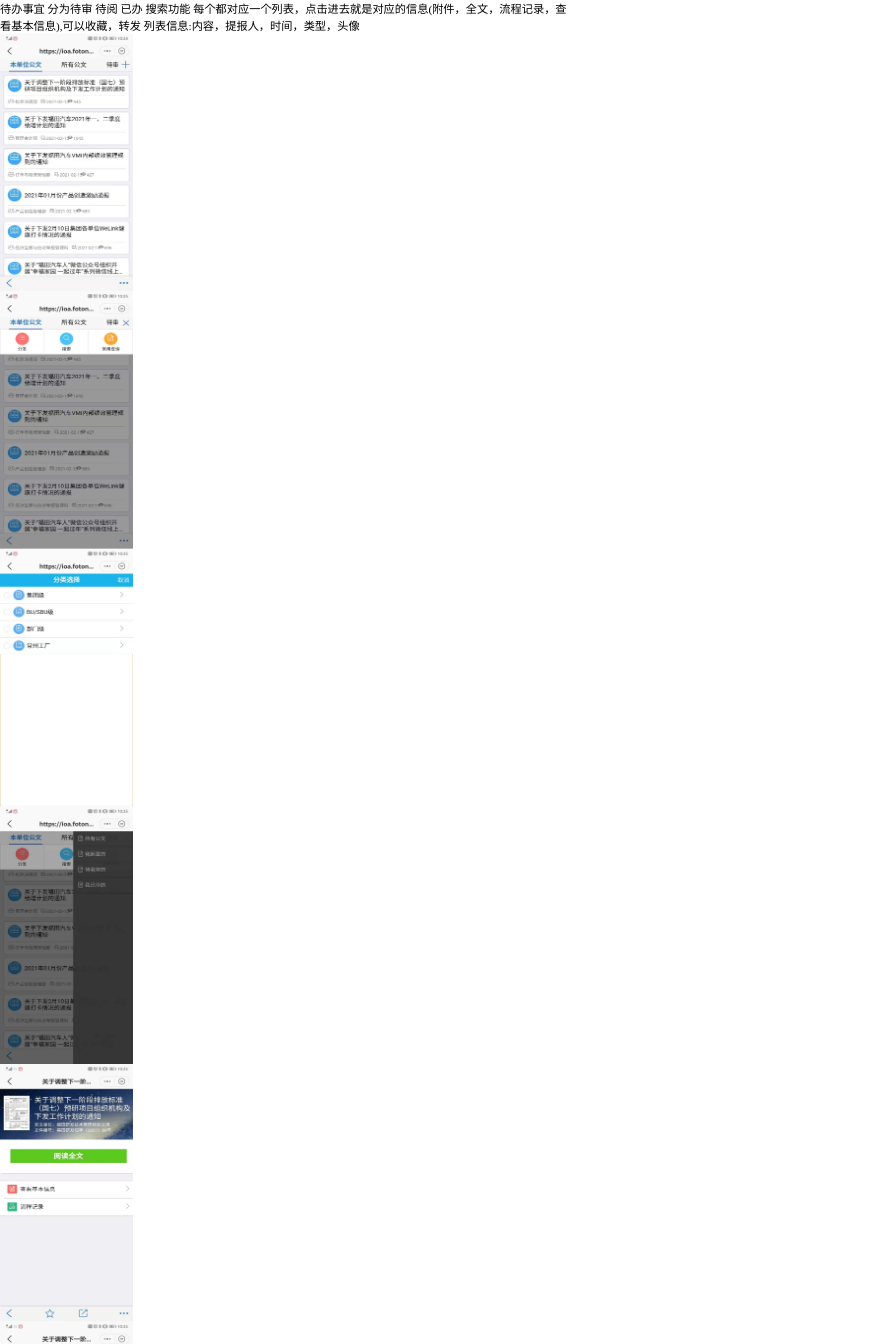
Repository: ch230/2021
Page: A.html
The author's editor kept a copy of each file at every save. The page is drawn from the files as they stood at one save, then again after the next save.
The browser window is 1280 px wide. The pictures show the part of the page from y = 0 to 1920 px (the page is 11772 px tall before and 11796 px after), at 70% of full size.

Above is the page before, as saved 2021-02-15 14:41:39.

### A.html
<!DOCTYPE html>
<html lang="en">
  <head>
    <meta charset="UTF-8" />
    <meta name="viewport" content="width=device-width, initial-scale=1.0" />
    <title>Document</title>
    <style>
      * {
        padding: 0;
        margin: 0;
        list-style: none;
      }
      body,
      html,
      #app {
        height: 100%;
        width: 100%;
      }
      #items {
        height: auto;
        width: 80%;
      }
      #items div {
        width: 80%;
      }
      #items ul {
      }
      #items ul li {
        height: 368px;
        width: 190px;
      }
      #items ul li img {
        display: inline-block;
        width: 100%;
        height: 100%;
      }
    </style>
  </head>
  <body>
    <div id="app">
      <!-- 待办事宜 -->
      <div id="items">
        <div>
          待办事宜 分为待审 待阅 已办 搜索功能
          每个都对应一个列表，点击进去就是对应的信息(附件，全文，流程记录，查看基本信息),可以收藏，转发
          列表信息:内容，提报人，时间，类型，头像
        </div>
        <ul>
          <li>
            <img src="./img/1.jpg" alt="" />
          </li>
          <li>
            <img src="./img/2.jpg" alt="" />
          </li>
          <li>
            <img src="./img/3.jpg" alt="" />
          </li>
          <li>
            <img src="./img/4.jpg" alt="" />
          </li>
          <li>
            <img src="./img/5.jpg" alt="" />
          </li>
          <li>
            <img src="./img/6.jpg" alt="" />
          </li>
        </ul>
      </div>
      <!-- 公文 -->
      <div id="items">
        <div>
          公文 本单位公文，所有公文，待审公文，分类，搜索，常用查询
          常用查询:所有公文，我起草的，待我审的，我已审的
          分类:按照部门分类（集团级，BU/SBU级，部门级，常州工厂）---（集团和常州区分红头文件，黑头文件）
          对应列表，列表信息:图标，内容，部门，时间，浏览人数
          详情:阅读全文，查看基本信息，流程记录，收藏，分享
        </div>
        <ul>
          <li>
            <img src="./img/7.jpg" alt="" />
          </li>
          <li>
            <img src="./img/8.jpg" alt="" />
          </li>
          <li>
            <img src="./img/9.jpg" alt="" />
          </li>
          <li>
            <img src="./img/10.jpg" alt="" />
          </li>
          <li>
            <img src="./img/11.jpg" alt="" />
          </li>
          <li>
            <img src="./img/12.jpg" alt="" />
          </li>
        </ul>
      </div>
      <!-- 福田新闻 -->
      <div id="items">
        <div>
          福田新闻 最新新闻, 分类，搜索，常用查询
          列表信息:图片，内容，上传人，上传时间，浏览人数
          详情:标题，图文搭配，收藏
          分类:集团级，BU/SBU级，部门级，常州工厂，福田戴姆勒/BFDA
          常用查询:所有新闻，我上传的，待我审的，我已审的，置顶新闻
        </div>
        <ul>
          <li>
            <img src="./img/13.jpg" alt="" />
          </li>
          <li>
            <img src="./img/14.jpg" alt="" />
          </li>
          <li>
            <img src="./img/15.jpg" alt="" />
          </li>
          <li>
            <img src="./img/16.jpg" alt="" />
          </li>
          <li>
            <img src="./img/17.jpg" alt="" />
          </li>
        </ul>
      </div>
      <!-- 制度管理 -->
      <div id="items">
        <div>
          制度管理 制度管理, 分类，搜索，常用查询
          列表信息:图片，内容，部门，浏览人数
          详情:标题，生效时间，文件编号，附件，收藏 附件查看
          分类:集团级，BU/SBU级，部门级，常州工厂，福田戴姆勒/BFDA
          常用查询:所有制度，我起草的，待我审的，我已审的
        </div>

        <ul>
          <li>
            <img src="./img/18.jpg" alt="" />
          </li>
          <li>
            <img src="./img/19.jpg" alt="" />
          </li>
          <li>
            <img src="./img/20.jpg" alt="" />
          </li>
          <li>
            <img src="./img/21.jpg" alt="" />
          </li>
        </ul>
      </div>
      <!-- OA知识中心 -->
      <div id="items">
        <div>
          OA知识中心 所有文档, 我的文档，分类，搜索，常用查询
          列表信息:图片，内容，发布人，发布时间，浏览人数
          详情:内容，附件，收藏，评价 附件查看
          常用查询:所有制度，我起草的，待我审的，我已审的
        </div>

        <ul>
          <li>
            <img src="./img/22.jpg" alt="" />
          </li>
          <li>
            <img src="./img/23.jpg" alt="" />
          </li>
          <li>
            <img src="./img/24.jpg" alt="" />
          </li>
          <li>
            <img src="./img/25.jpg" alt="" />
          </li>
          <li>
            <img src="./img/26.jpg" alt="" />
          </li>
        </ul>
      </div>
      <!-- OA调查问卷 -->
      <div id="items">
        <div>
          OA调查问卷 所有问卷，我参与的，调查结果，搜索
          列表:已参与人数，结束时间，调查标题
          详情:问卷调查状态,参与人数，内容，标题
        </div>
        <ul>
          <li>
            <img src="./img/27.jpg" alt="" />
          </li>
          <li>
            <img src="./img/28.jpg" alt="" />
          </li>
          <li>
            <img src="./img/29.jpg" alt="" />
          </li>
          <li>
            <img src="./img/30.jpg" alt="" />
          </li>
          <li>
            <img src="./img/31.jpg" alt="" />
          </li>
        </ul>
      </div>
    </div>
  </body>
</html>

After the next save:
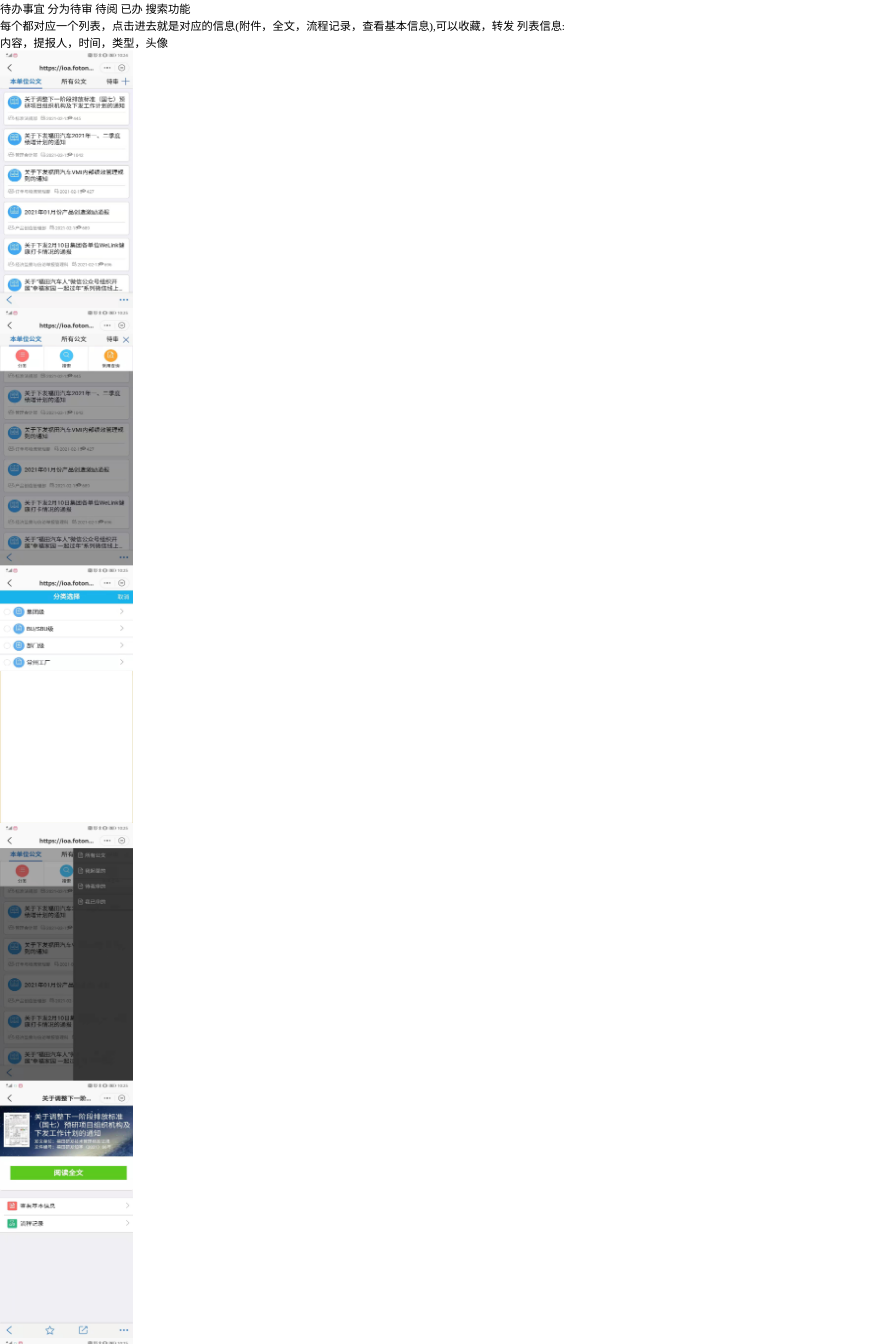
Saved 19 s later.
--- a/A.html
+++ b/A.html
@@ -41,7 +41,7 @@
       <!-- 待办事宜 -->
       <div id="items">
         <div>
-          待办事宜 分为待审 待阅 已办 搜索功能
+          <p>待办事宜 分为待审 待阅 已办 搜索功能</p>
           每个都对应一个列表，点击进去就是对应的信息(附件，全文，流程记录，查看基本信息),可以收藏，转发
           列表信息:内容，提报人，时间，类型，头像
         </div>

After the 2 saves that followed:
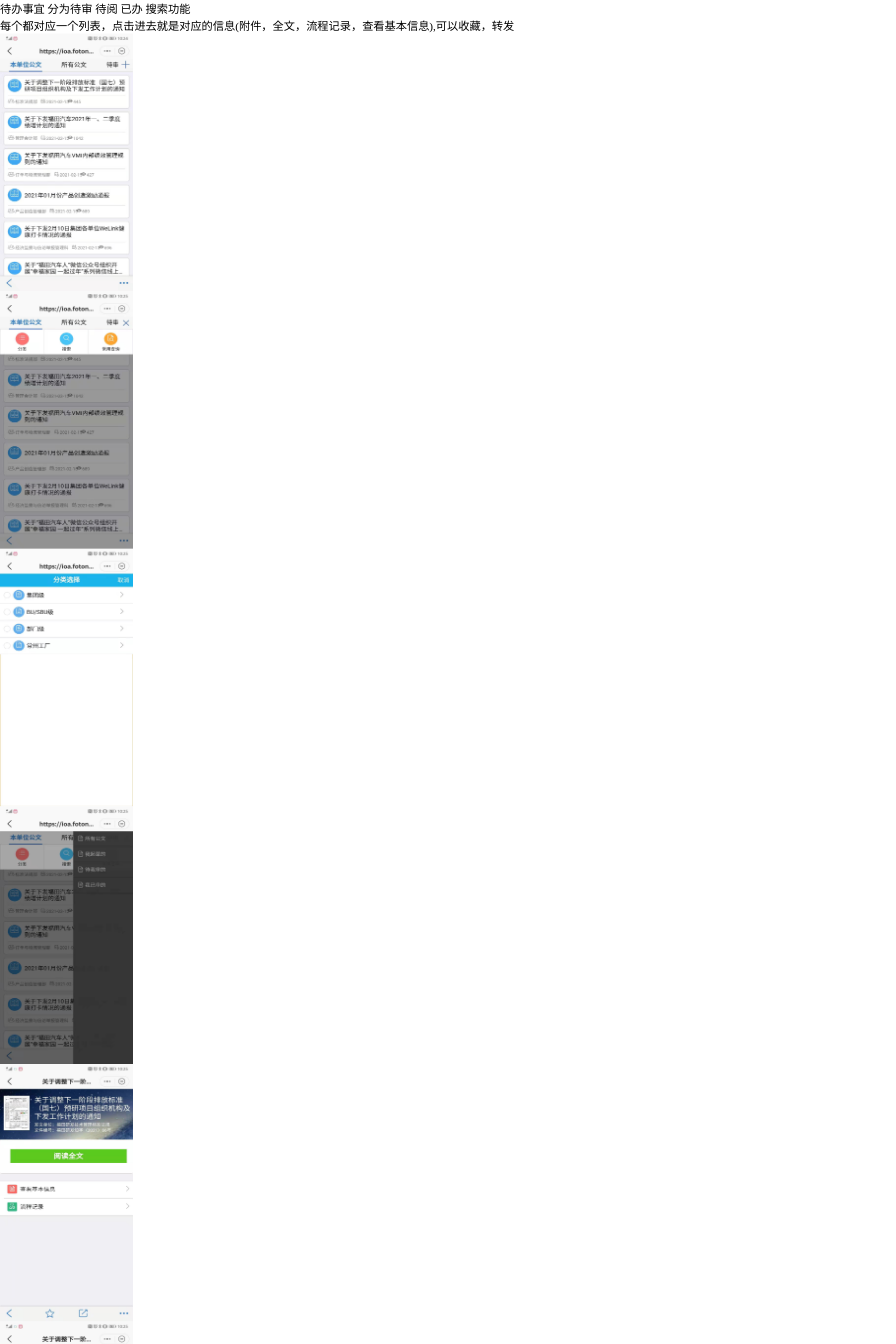
The 2 saves are shown as one change because they came seconds apart.
The last was saved 11 s later.
--- a/A.html
+++ b/A.html
@@ -42,8 +42,9 @@
       <div id="items">
         <div>
           <p>待办事宜 分为待审 待阅 已办 搜索功能</p>
-          每个都对应一个列表，点击进去就是对应的信息(附件，全文，流程记录，查看基本信息),可以收藏，转发
-          列表信息:内容，提报人，时间，类型，头像
+          <p>
+            每个都对应一个列表，点击进去就是对应的信息(附件，全文，流程记录，查看基本信息),可以收藏，转发
+          </p>
         </div>
         <ul>
           <li>
